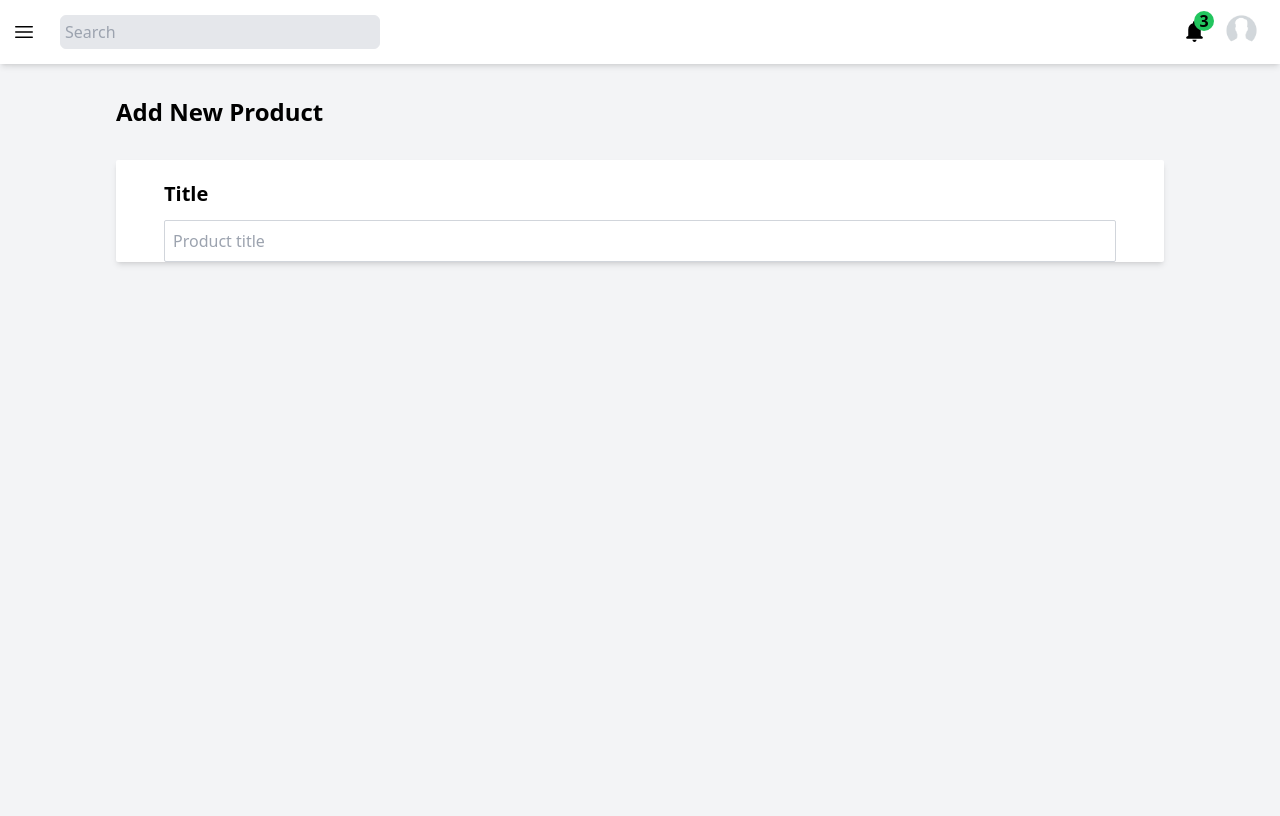
Repository: IssaMuiz/ifarmstock-admin
Page: /new-product
These files come from the project's save history. The page is drawn as it stood at one moment and after the next save; the edit follows.
The browser window is 1280 px wide. The pictures show the whole page.
The page's requests for data from a server got no answer. The project was rebuilt for these pictures with package versions that can differ from the ones it lists, and the page was loaded fresh each time. The framework's server and built-in components were replaced by stand-ins that run in the browser. No one was signed in, and anything a server would have sent is missing. Also part of the build but not shown: next.config.mjs.

Above is the page before, as saved 2024-10-12 16:04:21.

### app/layout.tsx
import type { Metadata } from "next";
import localFont from "next/font/local";
import "./globals.css";
import ClientSessionProvider from "../components/clientSessionProvider";

const geistSans = localFont({
  src: "./fonts/GeistVF.woff",
  variable: "--font-geist-sans",
  weight: "100 900",
});
const geistMono = localFont({
  src: "./fonts/GeistMonoVF.woff",
  variable: "--font-geist-mono",
  weight: "100 900",
});

export const metadata: Metadata = {
  title: "iFarmStock-admin",
  description: "Generated by create next app",
};

export default function RootLayout({
  children,
}: Readonly<{
  children: React.ReactNode;
}>) {
  return (
    <html lang="en">
      <body
        className={`${geistSans.variable} ${geistMono.variable} antialiased mx-5 bg-gray-100`}
      >
        <ClientSessionProvider>{children}</ClientSessionProvider>
      </body>
    </html>
  );
}

### app/new-product/page.tsx
import React from "react";

const NewProduct = () => {
  return (
    <section className="mt-24 min-h-screen  mx-12 md:mx-24">
      <div>
        <h1 className="text-2xl font-semibold mb-8">Add New Product</h1>
      </div>
      <div className="bg-white rounded-sm shadow-md">
        <div className="px-5 md:px-12">
          <h2 className="text-xl font-semibold mb-3 pt-5">Title</h2>
          <input
            type="text"
            placeholder="Product title"
            className="w-full border border-gray-300 rounded-sm p-2"
          />
        </div>
      </div>
    </section>
  );
};

export default NewProduct;

### components/clientSessionProvider.tsx
"use client";

import { SessionProvider } from "next-auth/react";
import { ReactNode, useState } from "react";
import Navbar from "./navbar";
import Sidenav from "./sidenav";
import { usePathname } from "next/navigation";
export default function ClientSessionProvider({
  children,
}: {
  children: ReactNode;
}) {
  const [showSidebar, setShowSidebar] = useState(false);

  const pathname = usePathname();

  const noNavRoutes = [
    "/",
    "/forgot-password",
    "/reset-password",
    "/signup",
    "/verify-email",
  ];
  const toggleSidebar = () => {
    setShowSidebar((prev) => !prev);
  };
  return (
    <SessionProvider>
      <main className="flex ">
        <Sidenav showSidebar={showSidebar} setShowSidebar={setShowSidebar} />

        <div
          className={`fixed block xl:hidden inset-0 bg-black transition-opacity duration-300 ease-in-out z-10 ${
            showSidebar
              ? "opacity-40 pointer-events-auto"
              : "opacity-0 pointer-events-none"
          }`}
          onClick={toggleSidebar}
        ></div>
        <section
          className={`relative z-0 transition-all duration-300 ease-in-out ${
            showSidebar ? "xl:ml-64" : "w-full"
          }  flex-1`}
        >
          {!noNavRoutes.includes(pathname) && (
            <Navbar toggleSidebar={toggleSidebar} showSidebar={showSidebar} />
          )}

          {children}
        </section>
      </main>
    </SessionProvider>
  );
}

### components/navbar.tsx
import React, { useEffect, useRef } from "react";
import { useSession } from "next-auth/react";
import Image from "next/image";
import { useState } from "react";
import { signOut } from "next-auth/react";

interface ToggleSidebar {
  toggleSidebar: (event: React.MouseEvent<HTMLOrSVGElement>) => void;
  showSidebar: boolean;
}
const Navbar = ({ toggleSidebar, showSidebar }: ToggleSidebar) => {
  const [showProfile, setShowProfile] = useState(false);
  const { data: session } = useSession();
  const dropdownRef = useRef<HTMLDivElement>(null);

  const toggleShowProfile = () => {
    setShowProfile((prev) => !prev);
  };

  const handleClickOutside = (e: MouseEvent) => {
    if (
      dropdownRef.current &&
      !dropdownRef.current.contains(e.target as Node)
    ) {
      setShowProfile(false);
    }
  };

  useEffect(() => {
    document.addEventListener("mousedown", handleClickOutside);

    return () => {
      document.removeEventListener("mousedown", handleClickOutside);
    };
  }, []);
  return (
    <nav
      className={`bg-white h-16 fixed top-0 left-0 ${
        showSidebar ? "xl:left-64" : "w-full"
      } right-0 shadow-md z-10 transition-all ease-in-out duration-300`}
    >
      <div className="mx-auto flex justify-between p-2">
        <div className="leftnav flex-1 flex gap-2 md:gap-5 items-center ">
          <svg
            onClick={toggleSidebar}
            xmlns="http://www.w3.org/2000/svg"
            viewBox="0 0 24 24"
            strokeWidth={1.5}
            stroke="currentColor"
            className="size-8 rounded-sm cursor-pointer p-1 hover:bg-gray-300"
          >
            <path
              strokeLinecap="round"
              strokeLinejoin="round"
              d="M3.75 6.75h16.5M3.75 12h16.5m-16.5 5.25h16.5"
            />
          </svg>

          <input
            type="text"
            placeholder="Search"
            className="p-1 bg-gray-200 rounded-md max-w-80 flex-1 border outline-none"
          />
        </div>
        <div className="right-nav flex items-center gap-1 ml-2">
          <div className="relative cursor-pointer hover:bg-gray-300 rounded-sm p-2">
            <svg
              xmlns="http://www.w3.org/2000/svg"
              x="0px"
              y="0px"
              width="25"
              height="25"
              viewBox="0 0 24 24"
              className="fill:#1A1A1A;"
            >
              <path d="M 12 2 C 11.172 2 10.5 2.672 10.5 3.5 L 10.5 4.1953125 C 7.9131836 4.862095 6 7.2048001 6 10 L 6 16 L 4.4648438 17.15625 L 4.4628906 17.15625 A 1 1 0 0 0 4 18 A 1 1 0 0 0 5 19 L 12 19 L 19 19 A 1 1 0 0 0 20 18 A 1 1 0 0 0 19.537109 17.15625 L 18 16 L 18 10 C 18 7.2048001 16.086816 4.862095 13.5 4.1953125 L 13.5 3.5 C 13.5 2.672 12.828 2 12 2 z M 10 20 C 10 21.1 10.9 22 12 22 C 13.1 22 14 21.1 14 20 L 10 20 z"></path>
            </svg>
            <span className=" absolute flex items-center justify-center font-semibold top-0 left-5 bg-green-500 p-1 h-5 w-5 rounded-full">
              3
            </span>
          </div>
          <div className="relative ">
            <div
              className="cursor-pointer hover:bg-gray-100 flex items-center"
              onClick={toggleShowProfile}
            >
              <Image
                src={session?.user?.image || "/assets/images/avatar.png"}
                alt="profile-image"
                width={45}
                height={45}
                className="rounded-md p-1"
              />
              <div className="flex-col hidden md:flex p-1">
                <p className="font-semibold text-xs">{session?.user?.name}</p>
                <p>{session?.user?.email}</p>
              </div>
            </div>
            {showProfile && (
              <div
                ref={dropdownRef}
                className="bg-white shadow top-14 -right-2 absolute w-60 md:w-[18rem] text-xl font-semibold rounded-sm "
              >
                <div className="flex flex-col gap-3">
                  <p className="hover:bg-gray-300 cursor-pointer px-4 py-2 mt-5 transition-all ease-in-out duration-300 text-xs">
                    Profile
                  </p>
                  <hr />
                  <p
                    onClick={() => signOut()}
                    className="hover:bg-gray-300 cursor-pointer px-4 py-2 mb-2 transition-all ease-in-out duration-300 border-gray-300 text-xs"
                  >
                    Sign Out
                  </p>
                </div>
              </div>
            )}
          </div>
        </div>
      </div>
    </nav>
  );
};

export default Navbar;

### components/sidenav.tsx
import React from "react";
import Link from "next/link";

interface Sidebar {
  showSidebar: boolean;
  setShowSidebar: (Sidebar: boolean) => void;
}
const Sidenav = ({ showSidebar, setShowSidebar }: Sidebar) => {
  const closeSidebar = () => {
    if (window.innerWidth < 1280) {
      setShowSidebar(false);
    }
  };
  return (
    <aside className="h-20 overflow-y-auto">
      <div
        className={`fixed w-64 overflow-x-hidden scrollbar  overflow-auto z-20 left-0 top-0 bottom-0 transform transition-transform duration-300  bg-gray-600 ${
          showSidebar ? "translate-x-0" : "-translate-x-full"
        }`}
      >
        <div className="bg-green-600 h-16 flex items-center gap-2 font-bold justify-center">
          <p className="text-2xl">iFarmStock</p>
          <p className="bg-white p-1 rounded-sm font-semibold text-sm">ADMIN</p>
        </div>
        <div className="flex flex-col items-start gap-6 text-white text-base font-semibold mt-10">
          <Link
            onClick={closeSidebar}
            href="/dashboard"
            className="flex gap-5 w-full items-center py-3 px-6 hover:bg-gray-500 cursor-pointer"
          >
            <svg
              width="25px"
              height="25px"
              viewBox="0 0 24 24"
              fill="none"
              xmlns="http://www.w3.org/2000/svg"
            >
              <path
                d="M21.54 19.25H21.31C21.2159 19.2194 21.1288 19.1706 21.0537 19.1062C20.9785 19.0418 20.9169 18.9632 20.8723 18.8749C20.8277 18.7866 20.8009 18.6903 20.7937 18.5917C20.7864 18.493 20.7988 18.3939 20.83 18.3C21.2622 16.9152 21.3626 15.4482 21.1231 14.0175C20.8837 12.5868 20.3111 11.2324 19.4516 10.0638C18.5921 8.89521 17.4698 7.94514 16.1754 7.29034C14.8809 6.63553 13.4506 6.29435 12 6.29435C10.5494 6.29435 9.11906 6.63553 7.82462 7.29034C6.53019 7.94514 5.4079 8.89521 4.54841 10.0638C3.68892 11.2324 3.11633 12.5868 2.87688 14.0175C2.63743 15.4482 2.73784 16.9152 3.17 18.3C3.21197 18.396 3.23338 18.4997 3.23284 18.6044C3.2323 18.7092 3.20983 18.8126 3.16687 18.9082C3.12391 19.0037 3.06142 19.0892 2.98341 19.1591C2.90541 19.229 2.81363 19.2818 2.71398 19.314C2.61434 19.3463 2.50903 19.3574 2.40485 19.3465C2.30068 19.3356 2.19994 19.303 2.10912 19.2508C2.01831 19.1986 1.93943 19.128 1.87758 19.0434C1.81573 18.9589 1.77226 18.8624 1.75 18.76C1.28255 17.2814 1.14055 15.7191 1.33375 14.1804C1.52694 12.6417 2.05074 11.1631 2.86922 9.84591C3.68769 8.52873 4.78146 7.40423 6.07545 6.54957C7.36945 5.69492 8.83303 5.13034 10.3658 4.89459C11.8985 4.65884 13.4641 4.7575 14.9551 5.1838C16.4461 5.61009 17.8273 6.35393 19.0037 7.36426C20.1802 8.3746 21.1241 9.62751 21.7708 11.037C22.4174 12.4465 22.7515 13.9792 22.75 15.53C22.75 16.6259 22.5814 17.7154 22.25 18.76C22.1977 18.9057 22.1011 19.0313 21.9738 19.1192C21.8464 19.2071 21.6947 19.2528 21.54 19.25Z"
                fill="#ffffff"
              />
              <path
                d="M21.54 19.25H2.45999C2.26108 19.25 2.07031 19.171 1.92966 19.0303C1.78901 18.8897 1.70999 18.6989 1.70999 18.5C1.70999 18.3011 1.78901 18.1103 1.92966 17.9697C2.07031 17.829 2.26108 17.75 2.45999 17.75H21.54C21.7389 17.75 21.9297 17.829 22.0703 17.9697C22.211 18.1103 22.29 18.3011 22.29 18.5C22.29 18.6989 22.211 18.8897 22.0703 19.0303C21.9297 19.171 21.7389 19.25 21.54 19.25Z"
                fill="#ffffff"
              />
              <path
                d="M12 16.25C11.9015 16.2505 11.8038 16.2312 11.7128 16.1935C11.6218 16.1557 11.5392 16.1001 11.47 16.03C11.3295 15.8894 11.2507 15.6988 11.2507 15.5C11.2507 15.3013 11.3295 15.1106 11.47 14.97L15.47 10.97C15.613 10.8661 15.788 10.8161 15.9643 10.8287C16.1406 10.8413 16.3067 10.9157 16.4335 11.0389C16.5602 11.162 16.6394 11.326 16.6571 11.5018C16.6747 11.6777 16.6297 11.8541 16.53 12L12.53 16C12.4633 16.0756 12.3819 16.1367 12.2908 16.1797C12.1997 16.2227 12.1007 16.2466 12 16.25Z"
                fill="#ffffff"
              />
            </svg>
            <p>Dashboard</p>
          </Link>
          <Link
            onClick={closeSidebar}
            href="/products"
            className="flex gap-5 w-full items-center py-3 px-6 hover:bg-gray-500 cursor-pointer"
          >
            <svg
              xmlns="http://www.w3.org/2000/svg"
              fill="none"
              viewBox="0 0 24 24"
              strokeWidth={1.5}
              stroke="currentColor"
              className="size-6"
            >
              <path
                strokeLinecap="round"
                strokeLinejoin="round"
                d="M6 6.878V6a2.25 2.25 0 0 1 2.25-2.25h7.5A2.25 2.25 0 0 1 18 6v.878m-12 0c.235-.083.487-.128.75-.128h10.5c.263 0 .515.045.75.128m-12 0A2.25 2.25 0 0 0 4.5 9v.878m13.5-3A2.25 2.25 0 0 1 19.5 9v.878m0 0a2.246 2.246 0 0 0-.75-.128H5.25c-.263 0-.515.045-.75.128m15 0A2.25 2.25 0 0 1 21 12v6a2.25 2.25 0 0 1-2.25 2.25H5.25A2.25 2.25 0 0 1 3 18v-6c0-.98.626-1.813 1.5-2.122"
              />
            </svg>

            <p>Products</p>
          </Link>
          <Link
            onClick={closeSidebar}
            href="/categories"
            className="flex gap-5 w-full items-center py-3 px-6 hover:bg-gray-500 cursor-pointer"
          >
            <svg
              xmlns="http://www.w3.org/2000/svg"
              fill="none"
              viewBox="0 0 24 24"
              strokeWidth={1.5}
              stroke="currentColor"
              className="size-6"
            >
              <path
                strokeLinecap="round"
                strokeLinejoin="round"
                d="M20.25 6.375c0 2.278-3.694 4.125-8.25 4.125S3.75 8.653 3.75 6.375m16.5 0c0-2.278-3.694-4.125-8.25-4.125S3.75 4.097 3.75 6.375m16.5 0v11.25c0 2.278-3.694 4.125-8.25 4.125s-8.25-1.847-8.25-4.125V6.375m16.5 0v3.75m-16.5-3.75v3.75m16.5 0v3.75C20.25 16.153 16.556 18 12 18s-8.25-1.847-8.25-4.125v-3.75m16.5 0c0 2.278-3.694 4.125-8.25 4.125s-8.25-1.847-8.25-4.125"
              />
            </svg>

            <p>Categories</p>
          </Link>
          <Link
            onClick={closeSidebar}
            href="/orders"
            className="flex gap-5 w-full items-center py-3 px-6 hover:bg-gray-500 cursor-pointer"
          >
            <svg
              xmlns="http://www.w3.org/2000/svg"
              fill="none"
              viewBox="0 0 24 24"
              strokeWidth={1.5}
              stroke="currentColor"
              className="size-6"
            >
              <path
                strokeLinecap="round"
                strokeLinejoin="round"
                d="M2.25 3h1.386c.51 0 .955.343 1.087.835l.383 1.437M7.5 14.25a3 3 0 0 0-3 3h15.75m-12.75-3h11.218c1.121-2.3 2.1-4.684 2.924-7.138a60.114 60.114 0 0 0-16.536-1.84M7.5 14.25 5.106 5.272M6 20.25a.75.75 0 1 1-1.5 0 .75.75 0 0 1 1.5 0Zm12.75 0a.75.75 0 1 1-1.5 0 .75.75 0 0 1 1.5 0Z"
              />
            </svg>

            <p>Orders</p>
          </Link>
          <Link
            onClick={closeSidebar}
            href="/customers"
            className="flex gap-5 w-full items-center py-3 px-6 hover:bg-gray-500 cursor-pointer"
          >
            <svg
              xmlns="http://www.w3.org/2000/svg"
              fill="none"
              viewBox="0 0 24 24"
              strokeWidth={1.5}
              stroke="currentColor"
              className="size-6"
            >
              <path
                strokeLinecap="round"
                strokeLinejoin="round"
                d="M15.75 6a3.75 3.75 0 1 1-7.5 0 3.75 3.75 0 0 1 7.5 0ZM4.501 20.118a7.5 7.5 0 0 1 14.998 0A17.933 17.933 0 0 1 12 21.75c-2.676 0-5.216-.584-7.499-1.632Z"
              />
            </svg>

            <p>Customers</p>
          </Link>
          <Link
            onClick={closeSidebar}
            href="/settings"
            className="flex gap-5 w-full items-center py-3 px-6 hover:bg-gray-500 cursor-pointer"
          >
            <svg
              xmlns="http://www.w3.org/2000/svg"
              fill="none"
              viewBox="0 0 24 24"
              strokeWidth={1.5}
              stroke="currentColor"
              className="size-6"
            >
              <path
                strokeLinecap="round"
                strokeLinejoin="round"
                d="M9.594 3.94c.09-.542.56-.94 1.11-.94h2.593c.55 0 1.02.398 1.11.94l.213 1.281c.063.374.313.686.645.87.074.04.147.083.22.127.325.196.72.257 1.075.124l1.217-.456a1.125 1.125 0 0 1 1.37.49l1.296 2.247a1.125 1.125 0 0 1-.26 1.431l-1.003.827c-.293.241-.438.613-.43.992a7.723 7.723 0 0 1 0 .255c-.008.378.137.75.43.991l1.004.827c.424.35.534.955.26 1.43l-1.298 2.247a1.125 1.125 0 0 1-1.369.491l-1.217-.456c-.355-.133-.75-.072-1.076.124a6.47 6.47 0 0 1-.22.128c-.331.183-.581.495-.644.869l-.213 1.281c-.09.543-.56.94-1.11.94h-2.594c-.55 0-1.019-.398-1.11-.94l-.213-1.281c-.062-.374-.312-.686-.644-.87a6.52 6.52 0 0 1-.22-.127c-.325-.196-.72-.257-1.076-.124l-1.217.456a1.125 1.125 0 0 1-1.369-.49l-1.297-2.247a1.125 1.125 0 0 1 .26-1.431l1.004-.827c.292-.24.437-.613.43-.991a6.932 6.932 0 0 1 0-.255c.007-.38-.138-.751-.43-.992l-1.004-.827a1.125 1.125 0 0 1-.26-1.43l1.297-2.247a1.125 1.125 0 0 1 1.37-.491l1.216.456c.356.133.751.072 1.076-.124.072-.044.146-.086.22-.128.332-.183.582-.495.644-.869l.214-1.28Z"
              />
              <path
                strokeLinecap="round"
                strokeLinejoin="round"
                d="M15 12a3 3 0 1 1-6 0 3 3 0 0 1 6 0Z"
              />
            </svg>

            <p>Settings</p>
          </Link>
        </div>
      </div>
    </aside>
  );
};

export default Sidenav;

Loaded but not shown: app/globals.css (common file); tailwind.config.ts (common file)

After the next save:
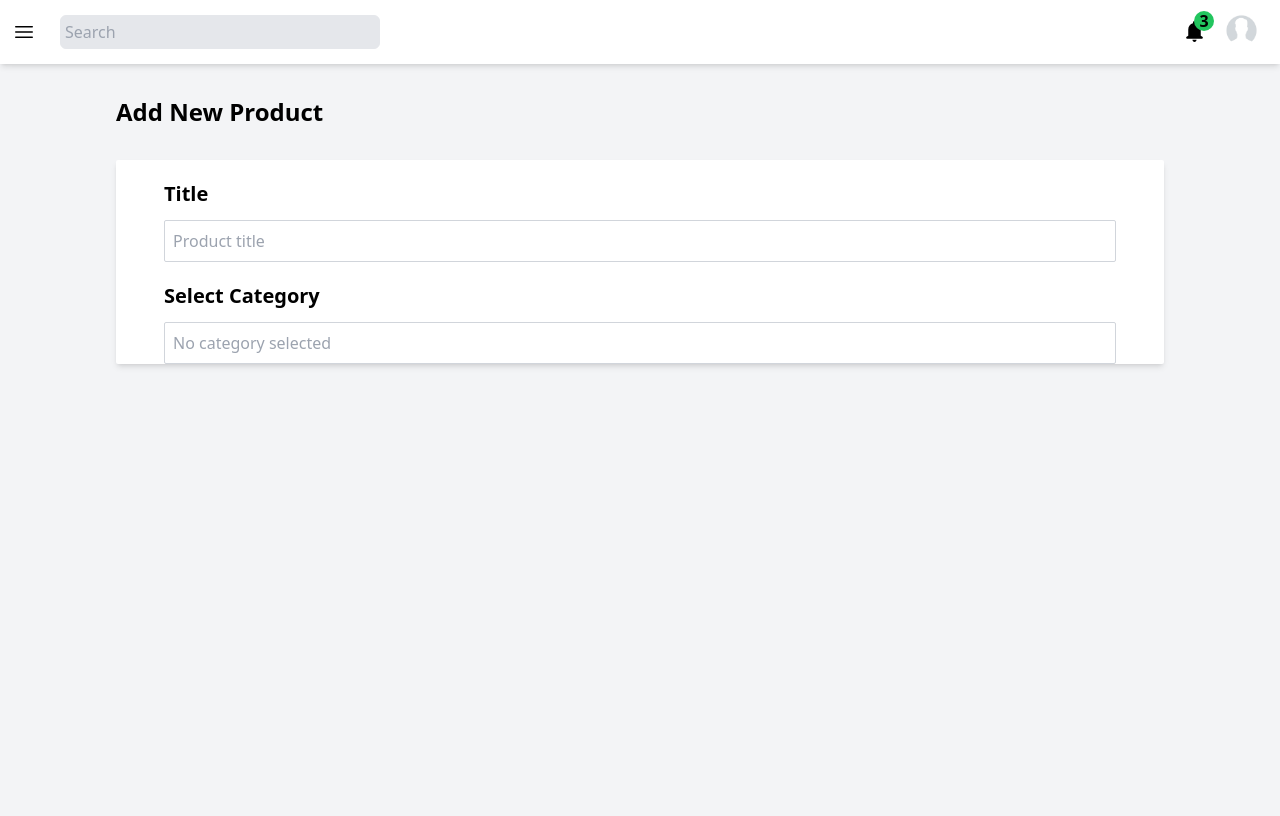
Saved 119 s later.
--- a/app/new-product/page.tsx
+++ b/app/new-product/page.tsx
@@ -6,7 +6,7 @@ const NewProduct = () => {
       <div>
         <h1 className="text-2xl font-semibold mb-8">Add New Product</h1>
       </div>
-      <div className="bg-white rounded-sm shadow-md">
+      <form className="bg-white rounded-sm shadow-md">
         <div className="px-5 md:px-12">
           <h2 className="text-xl font-semibold mb-3 pt-5">Title</h2>
           <input
@@ -15,7 +15,15 @@ const NewProduct = () => {
             className="w-full border border-gray-300 rounded-sm p-2"
           />
         </div>
-      </div>
+        <div className="px-5 md:px-12">
+          <h2 className="text-xl font-semibold mb-3 pt-5">Select Category</h2>
+          <input
+            type="text"
+            placeholder="No category selected"
+            className="w-full border border-gray-300 rounded-sm p-2"
+          />
+        </div>
+      </form>
     </section>
   );
 };
